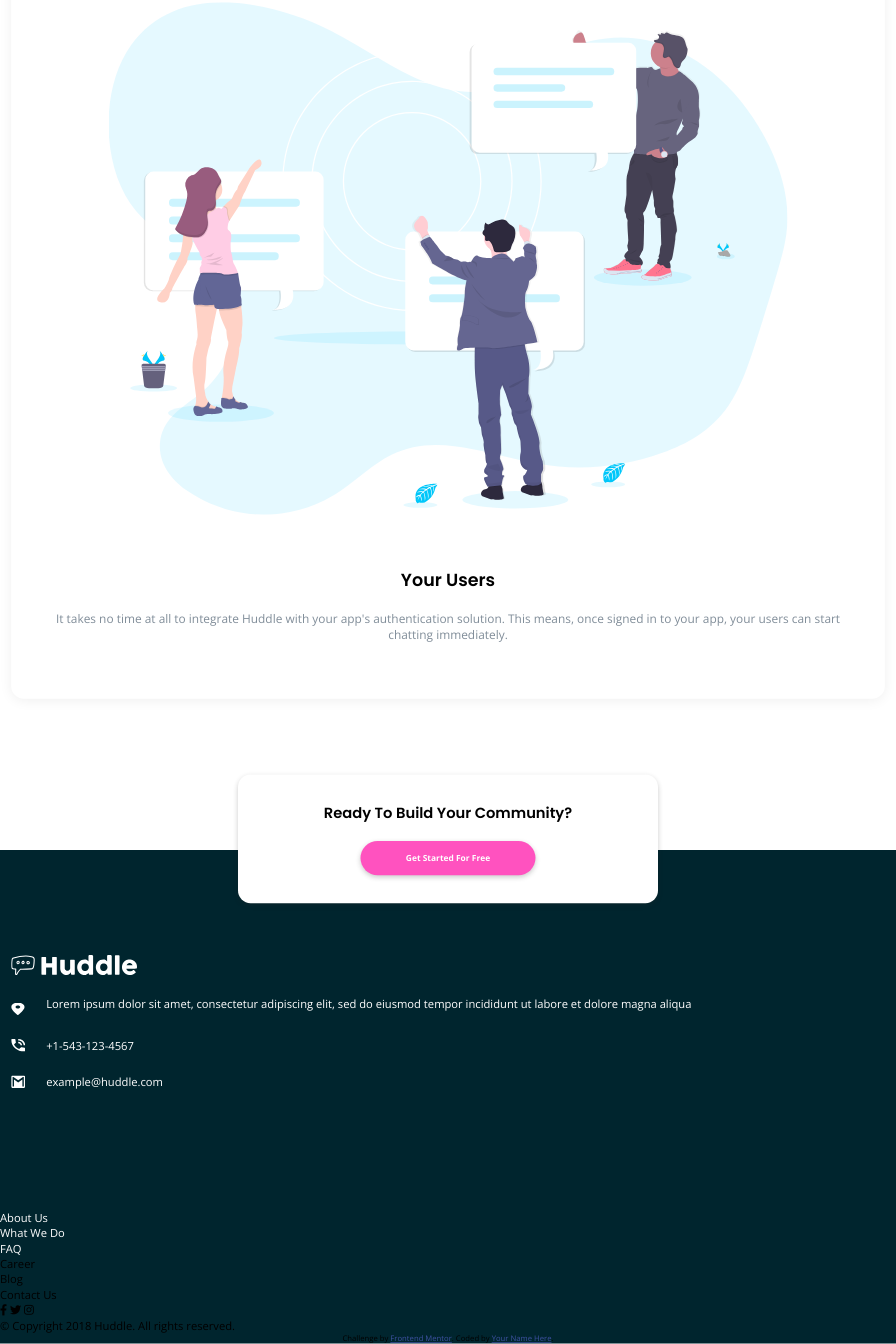
Repository: DejV44/Huddle-landing-page
Page: index.html
An editor plug-in stored every save of this project. The page is shown before and after the next save, followed by the edit.
The browser window is 1280 px wide. The pictures show the part of the page from y = 3645 to 5565 px (the page is 5565 px tall before and 5445 px after), at 70% of full size.
The style sheet was rebuilt from its Sass, Less or Tailwind sources for each picture, by a compiler version that may differ from the author's.

Above is the page before, as saved 2021-08-20 12:43:23.

### index.html
<!DOCTYPE html>
<html lang="en">
<head>
  <meta charset="UTF-8">
  <meta name="viewport" content="width=device-width, initial-scale=1.0"> <!-- displays site properly based on user's device -->
  <link rel="stylesheet" href="/css/style.css">
  <link rel="stylesheet" href="/fontawesome-free-5.15.3-web/css/all.css">
  <link rel="icon" type="image/png" sizes="32x32" href="./images/favicon-32x32.png">

  <title>Frontend Mentor | Huddle landing page with alternating feature blocks</title>

</head>
<body>
  <header>
    <div class="nav">
      <div class="logo">
        <img src="/images/logo.svg" alt="logo">
      </div>
      <a href="#">Try It Free</a>
    </div>
    <content class="main">
      <article class="building">
        <h1>Build The Community Your Fans Will Love</h1>
        <h3> Huddle re-imagines the way we build communities. You have a voice, but so does your audience.
        Create connections with your users as you engage in genuine discussion.</h3>
        <a class="main-btn" href="#">Get Started For Free</a>
      </article>
      <div class="img-main">
        <img class="img" src="/images/illustration-mockups.svg" alt="">
      </div>
    </content>

  </header>
  <section class="cards">
    <div class="card-one">
      <div class="img-cards">
        <img src="/images/illustration-grow-together.svg" alt="">
      </div>
      <content class="card">
        <h2>Grow Together</h2>
        <p>Generate meaningful discussions with your audience and build a strong, loyal community.
        Think of the insightful conversations you miss out on with a feedback form.</p>
      </content>
    </div>
    <div class="card-two">
      <div class="img-cards">
        <img src="/images/illustration-flowing-conversation.svg" alt="">
      </div>
      <content class="card">
        <h2>Flowing Conversations</h2>
        <p>You wouldn't paginate a conversation in real life, so why do it online? Our threads
        have just-in-time loading for a more natural flow.</p>
      </content>
    </div>
    <div class="card-three">
      <div class="img-cards">
        <img src="/images/illustration-your-users.svg" alt="">
      </div>
      <content class="card">
        <h2>Your Users</h2>
        <p>It takes no time at all to integrate Huddle with your app's authentication solution.
        This means, once signed in to your app, your users can start chatting immediately.</p>
      </content>
    </div>
    <container class="ready">
      <h2>Ready To Build Your Community?</h2>
      <a href="#">Get Started For Free</a>
    </container>
  </section>
  <footer>
    <container class="footer">
      <div class="section1">
        <img src="/images/logoWhite.svg" alt="logo">
        <div class="info">
          <img src="/images/icon-location.svg" alt="location">
          <p>Lorem ipsum dolor sit amet, consectetur adipiscing elit, sed do eiusmod tempor
          incididunt ut labore et dolore magna aliqua</p>
        </div>
        <div class="phone">
          <img src="/images/icon-phone.svg" alt="phone">
          <a href="tel:+1-543-123-4567">+1-543-123-4567</a>
        </div>
        <div class="mail">
          <img src="/images/icon-email.svg" alt="email">
          <a href="example@huddle.com">example@huddle.com</a>
        </div>
      </div>
      <div class="section2">
        <ul>
          <li>About Us</li>
          <li>What We Do</li>
          <li>FAQ</li>
        </ul>
      </div>
      <div class="section3">
        <ul>
          <li>Career</li>
          <li>Blog</li>
          <li>Contact Us</li>
        </ul>
      </div>
      <div class="copyright">
        <div class="social">
          <span><i class="fab fa-facebook-f"></i></span>
          <span><i class="fab fa-twitter"></i></span>
          <span><i class="fab fa-instagram"></i></span>
        </div>
        <p>&copy; Copyright 2018 Huddle. All rights reserved.</p>
      </div>
    </container>
  </footer>













  <footer>
    <p class="attribution">
      Challenge by <a href="https://www.frontendmentor.io?ref=challenge" target="_blank">Frontend Mentor</a>.
      Coded by <a href="#">Your Name Here</a>.
    </p>
  </footer>
</body>
</html>

### css/style.scss
* {
    margin: 0;
    padding: 0;
    //font-family: 'Poppins', sans-serif;
    -webkit-font-smoothing: antialiased;
}

body {
    font-family: 'Open Sans', sans-serif;
}

// ---FONTS---
@import url('https://fonts.googleapis.com/css2?family=Open+Sans:wght@400;700&display=swap');
@import url('https://fonts.googleapis.com/css2?family=Poppins:wght@600&display=swap');

@import "variables";
@import "mixin";

@import "cards";
@import "header";
@import "footer";

### css/_variables.scss
$Pink: hsl(322, 100%, 66%);
$VeryPaleCyan: hsl(193, 100%, 96%);
$VeryDarkCyan: hsl(192, 100%, 9%);
$GrayishBlue: hsl(208, 11%, 55%);

### css/_mixin.scss
@mixin cards {
    display: flex;
    flex-direction: column;
    margin: 3rem auto 1rem auto;
    text-align: center;
    box-shadow: rgba(0, 0, 0, 0.068) 0px 2px 18px;
    border-radius: 18px;
    align-items: center;



    .card {
        display: block;
        margin: auto 3rem;
        h2 {
            padding-bottom: 1.5rem;
            font-size: 25px;
            font-family: 'Poppins', sans-serif
        }
        p {
            display: block;
            font-size: 17px;
            color: $GrayishBlue;
            padding-bottom: 3rem;
            margin-bottom: 2rem;

        }
    }
    .img-cards {
        display: block;
        padding: 30px 50px;
        margin: auto;

            img {
                width: 90%;
                margin: 40px auto;
            }
    }
}

### css/_cards.scss
.cards {
    padding: 1rem;
    margin: 0 auto;
    box-sizing: border-box;


    .card-one, .card-two, .card-three {
        @include cards;
    }

    .ready {
        display: block;
        box-sizing: border-box;
        text-align: center;
        transform: translateY(50%);
        background-color: white;
        margin: 0 auto;
        padding: 1rem 1rem;
        box-shadow: rgba(39, 39, 39, 0.24) 0px 3px 8px;
        max-width: 600px;
        text-align: center;
        align-items: center;
        border-radius: 18px;
        h2 {
            font-size: 21px;
            font-family: 'Poppins', sans-serif;
            margin: 1.5rem auto;
        }

        a {
            display: block;
            text-decoration: none;
            font-weight: 600;
            font-size: 12px;
            margin: 1.5rem auto;
            padding: 1rem 0;
            max-width: 250px;
            border-radius: 30px;
            background: $Pink;
            color: white;
            box-shadow: rgba(39, 39, 39, 0.24) 0px 3px 8px;
        }
    }

}

### css/_header.scss
header {
    background: url(/images/bg-hero-mobile.svg);
    background-color: rgb(241, 241, 255);
    background-size: contain;
    background-position: center;
    background-repeat: no-repeat;
    text-align: center;

    .nav {
        display: flex;
        justify-content: space-between;
        padding: 2rem 1.6rem;


        img {
            width: 120px;
        }

        a {
            text-decoration: none;
            font-size: 13px;
            font-weight: 600;
            margin-top: -4px;
            padding: 0.3rem 1.7rem;
            background-color: white;
            border-radius: 25px;
            box-shadow: rgba(99, 99, 99, 0.24) 0px 3px 8px;
        }

    }
    .main {

        margin: 0 auto;

        .building {
            margin: 4rem 3rem 2rem 3rem;



            h1 {
                margin: 0 1rem;
                font-size: 28px;
                font-family: 'Poppins', sans-serif
            }

            h3 {
                font-weight: 400;
                font-size: 18px;
                margin: 1.5rem 0;
                line-height: 30px;
            }

            .main-btn {

                display: block;
                text-decoration: none;
                font-weight: 600;
                font-size: 12px;
                margin: 1.5rem auto;
                padding: 1rem 0;
                max-width: 280px;
                border-radius: 30px;
                background: $Pink;
                color: white;
                box-shadow: rgba(39, 39, 39, 0.24) 0px 3px 8px;
            }

        }
        .img-main {
            padding: 15px 50px;

            .img {
                width: 100%;
                margin-bottom: 40px;
            }
        }
    }


}

### css/_footer.scss
footer {
    background-color: $VeryDarkCyan;
     .section1 {
         padding: 150px 1rem;
         color: white;

         img {
             width: 180px;
             padding-bottom: 1.5rem;
         }

         .info, .phone, .mail {
             display: flex;
              img {
                  width: 20px;
                  height: 18px;
                  margin-right: 30px;
                  margin-top: 10px;
              }
              p {
                  padding-bottom: 30px;
              }
              a {
                  text-decoration: none;
                  margin-top: 8px;
                  color: white;
              }
         }



    }

    .section2 {
        ul {
            list-style: none;
            color: white;
        }
    }
}





.attribution {
    font-size: 11px; text-align: center;
}
.attribution a {
    color: hsl(228, 45%, 44%);
}

Loaded but not shown: fontawesome-free-5.15.3-web/css/all.css (library)

After the next save:
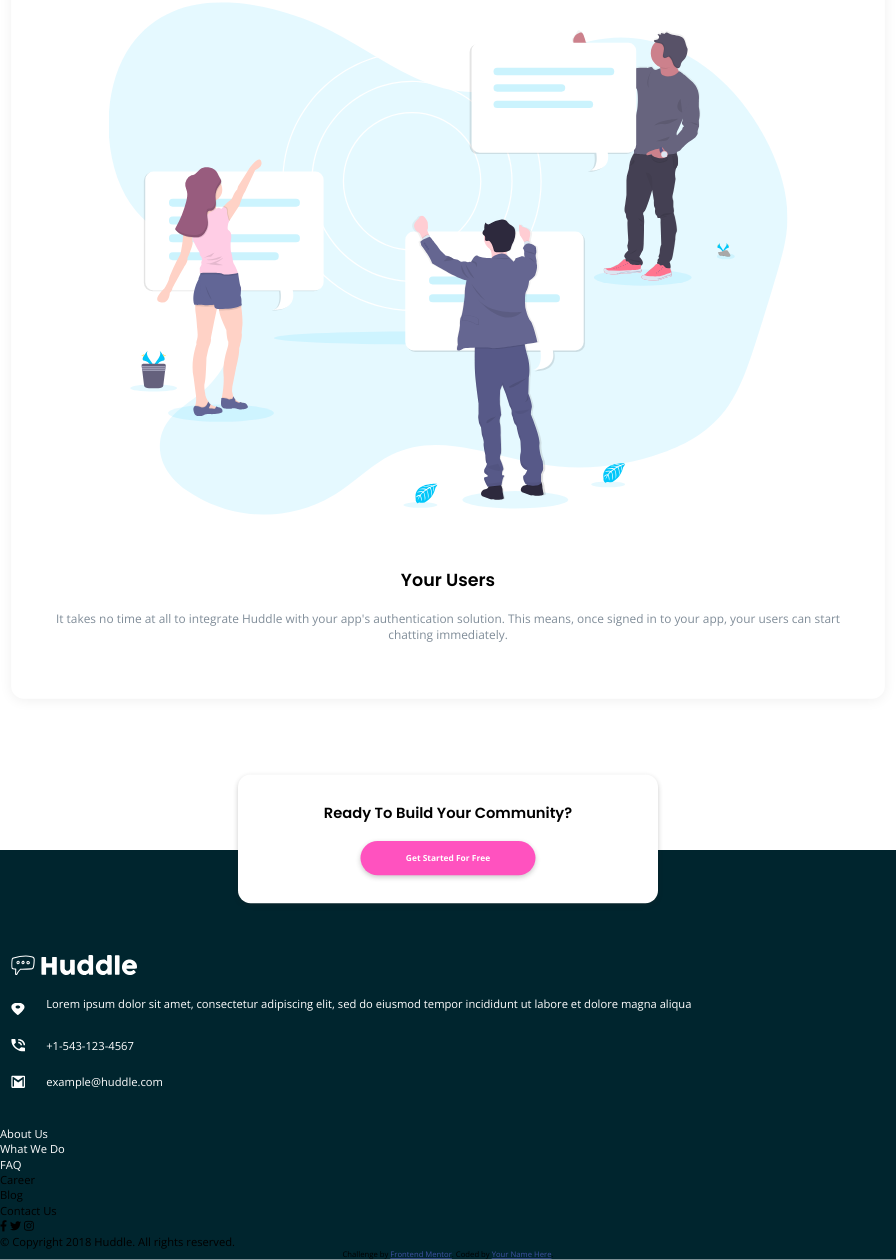
Saved 54 s later.
--- a/css/_footer.scss
+++ b/css/_footer.scss
@@ -1,7 +1,7 @@
 footer {
     background-color: $VeryDarkCyan;
      .section1 {
-         padding: 150px 1rem;
+         padding: 150px 1rem 30px 1rem;
          color: white;
 
          img {
@@ -35,6 +35,9 @@ footer {
         ul {
             list-style: none;
             color: white;
+            li {
+
+            }
         }
     }
 }
